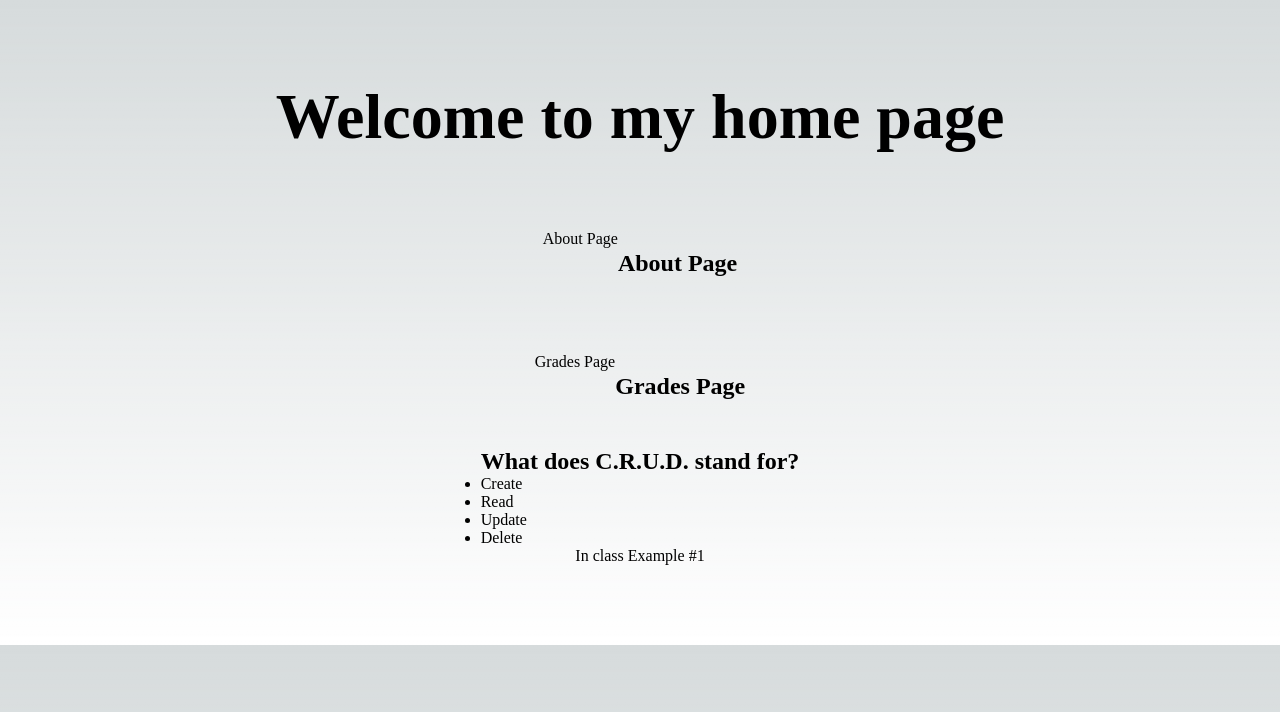
Repository: karthur1/week-6-dynamic-content-design
Page: /
These files come from the project's save history. The page is drawn as it stood at one moment and after the next save; the edit follows.
The browser window is 1280 px wide. The pictures show the whole page.
The project was rebuilt for these pictures with package versions that can differ from the ones it lists, and the page was loaded fresh each time. The framework's server and built-in components were replaced by stand-ins that run in the browser. Also part of the build but not shown: next.config.js, pages/Start.js, pages/Survey.js.

Above is the page before, as saved 2023-02-06 10:15:32.

After the next save:
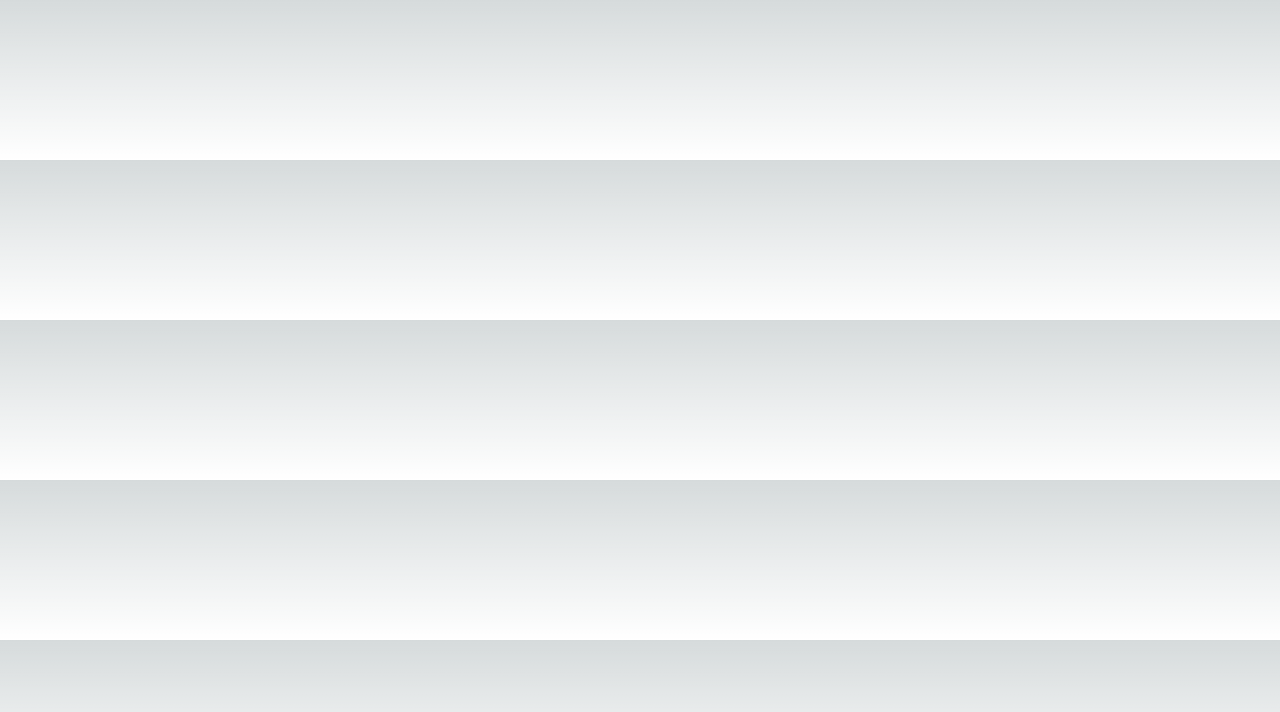
Saved 25 s later.
--- a/pages/index.js
+++ b/pages/index.js
@@ -10,47 +10,9 @@ const inter = Inter({ subsets: ['latin'] })
 export default function Home() {
   return (
     <>
-      <Head>
-        <title>Example #1</title>
-        <meta name="description" content="Generated by create next app" />
-        <meta name="viewport" content="width=device-width, initial-scale=1" />
-        <link rel="icon" href="/favicon.ico" />
-      </Head>
+
       <main className={styles.main}>
-        <h1 className={styles.title}>
-          Welcome to my home page
-        </h1>
 
-                    <div className={styles.grid}>About Page
-                      <Link href="/about" className={styles.grid}>
-                        <h2>About Page</h2>
-                      </Link>
-                    </div>
-
-                    <div className={styles.grid}>Grades Page
-                      <Link href="/grades" className={styles.grid}>
-                        <h2>Grades Page</h2>
-                      </Link>
-                    </div>
-
-
-        <div className={styles.grid}>
-          <div className={styles.gird_container} style={{diplay: "grid"}}>
-            <div className={styles.grid_item}>
-              <h2>What does C.R.U.D. stand for?</h2>
-            </div>
-            <div className={styles.grid_item}>
-            <ul>
-              <li>Create</li>
-              <li>Read</li>
-              <li>Update</li>
-              <li>Delete</li>
-            </ul>
-            </div>
-            </div>
-        </div>
-
-        <footer>In class Example #1</footer>
       </main>
     </>
   )
